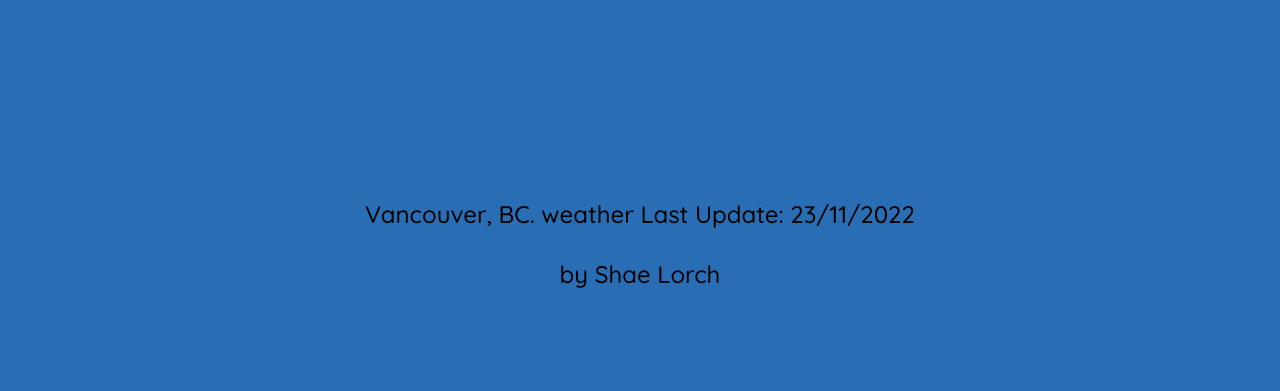
Repository: shaelorch/assessment2-DCD
Page: /
The author's editor kept a copy of each file at every save. The page is drawn from the files as they stood at one save, then again after the next save.
The browser window is 1280 px wide. The pictures show the whole page.
Some web fonts or font styles are not loaded; a fallback is used. The project was rebuilt for these pictures with package versions that can differ from the ones it lists, and the page was loaded fresh each time. The framework's server and built-in components were replaced by stand-ins that run in the browser. Also part of the build but not shown: next.config.js, comps/weatherCard.js.

Above is the page before, as saved 2023-02-23 10:35:08.

After the next save:
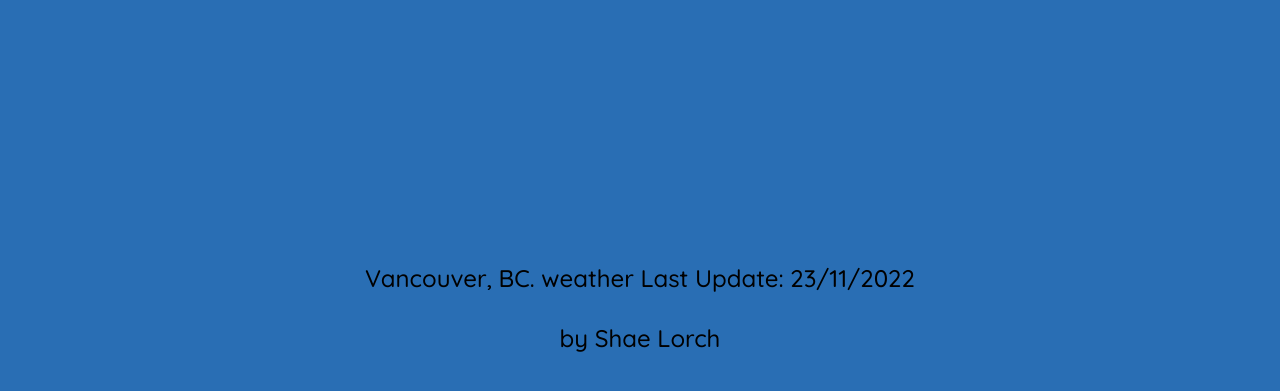
Saved 6 s later.
--- a/styles/Home.module.css
+++ b/styles/Home.module.css
@@ -84,7 +84,7 @@
   justify-content: center;
   flex-wrap: wrap;
   max-width: 800px;
-  margin:10%;
+  margin:5%;
 }
 
 

After the 5 saves that followed:
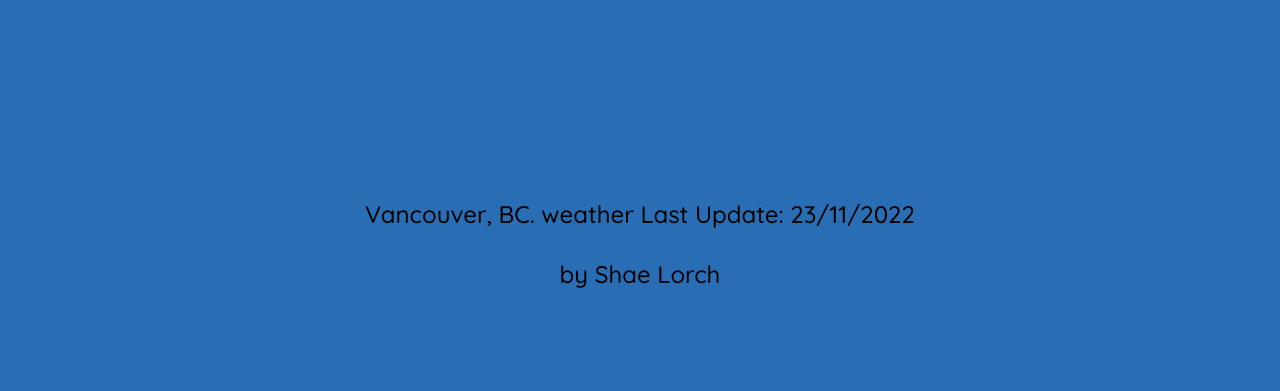
The 5 saves are shown as one change because 4 left the picture as it was.
The last was saved 116 s later.
--- a/styles/Home.module.css
+++ b/styles/Home.module.css
@@ -22,7 +22,8 @@
   width:100%;
   height:100%;
   border-radius:20px;
-
+  padding-left:5%;
+  margin-bottom: 8%;
 }
 
 .footer {
@@ -84,7 +85,7 @@
   justify-content: center;
   flex-wrap: wrap;
   max-width: 800px;
-  margin:5%;
+  margin:10%;
 }
 
 
